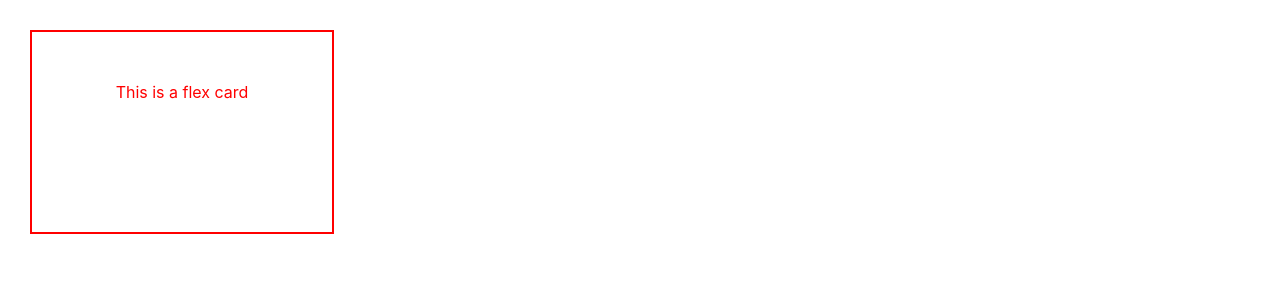
Repository: thai-shriya/anxiety-tracker
Page: /
An editor plug-in stored every save of this project. The page is shown before and after the next save, followed by the edit.
The browser window is 1280 px wide. The pictures show the whole page.
The project was rebuilt for these pictures with package versions that can differ from the ones it lists, and the page was loaded fresh each time.

Above is the page before, as saved 2024-04-22 14:26:14.

After the next save:
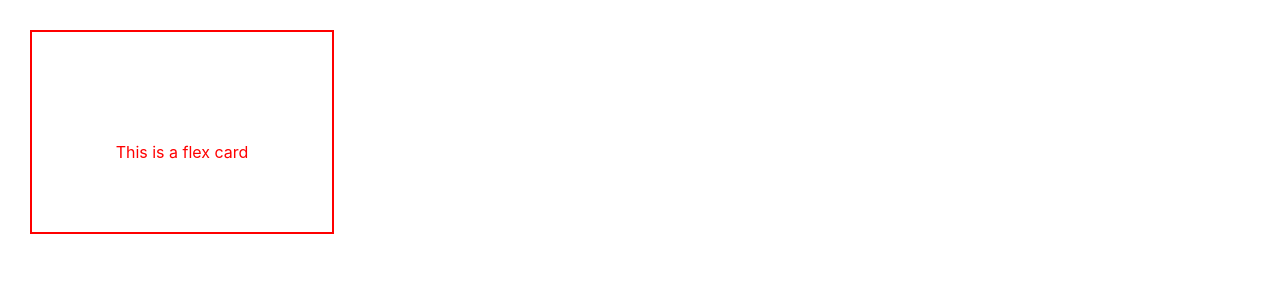
Saved 8 s later.
--- a/src/App.css
+++ b/src/App.css
@@ -9,5 +9,5 @@
   color:red;
   padding: 10px;
   text-align: center;
-  margin-top: 40px;
+  margin-top: 100px;
 }
